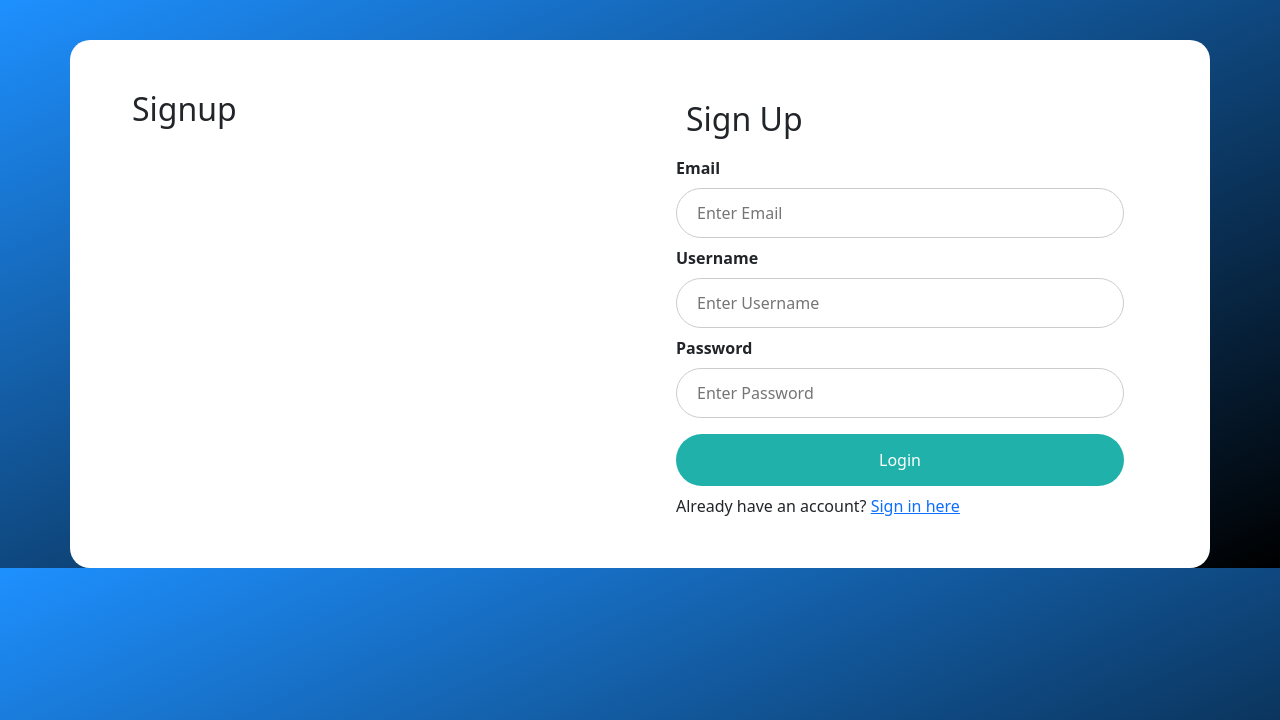
Repository: Sadia-Naveed-Shaikh/JavaScript-Website
Page: SignUp.html
An editor plug-in stored every save of this project. The page is shown before and after the next save, followed by the edit.
The browser window is 1280 px wide. The pictures show the whole page.

Above is the page before, as saved 2021-10-27 15:35:31.

After the next save:
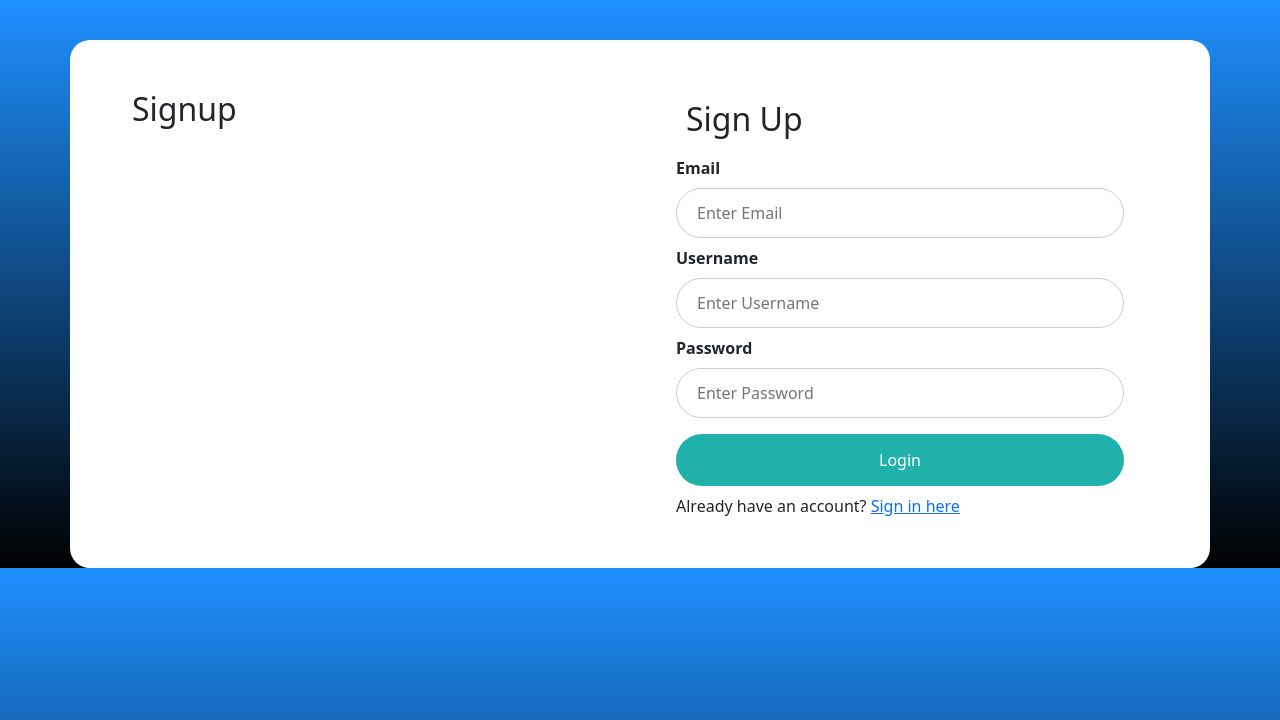
Saved 11 s later.
--- a/SignUp.html
+++ b/SignUp.html
@@ -13,7 +13,7 @@
     <style>
         body {
             /* background-color: #20b2aa; */
-              background-image: linear-gradient(to bottom right, dodgerblue, black);
+              background-image: linear-gradient( dodgerblue, black);
         }
 
         .SignupContainer {

After the save that followed:
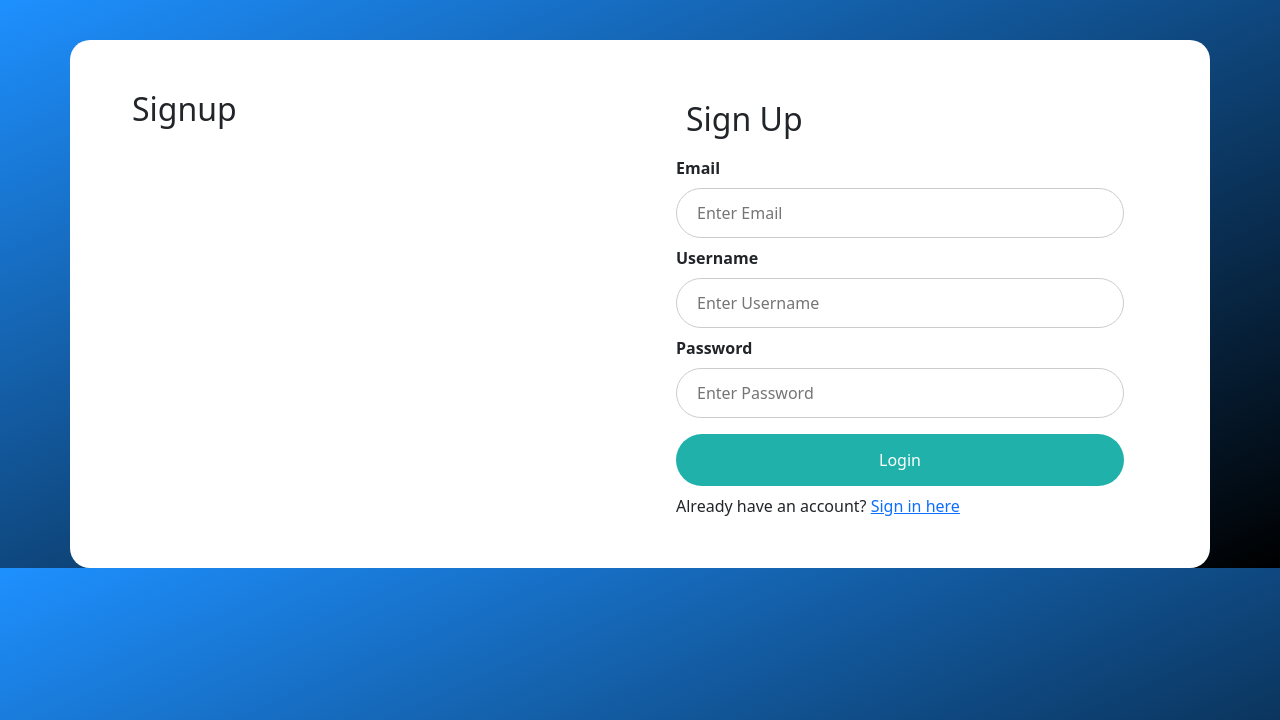
Saved 7 s later.
--- a/SignUp.html
+++ b/SignUp.html
@@ -13,7 +13,7 @@
     <style>
         body {
             /* background-color: #20b2aa; */
-              background-image: linear-gradient( dodgerblue, black);
+              background-image: linear-gradient(to bottom right, dodgerblue, black);
         }
 
         .SignupContainer {
